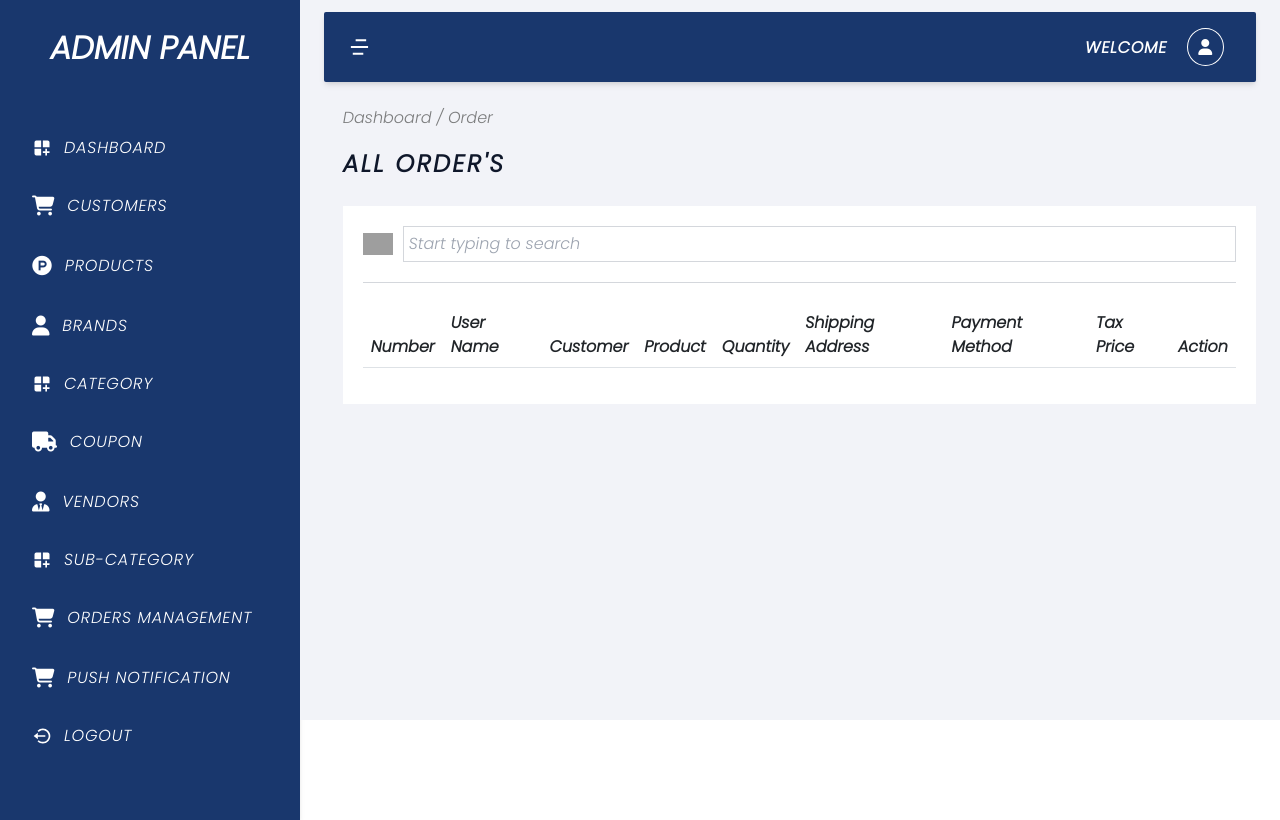
Repository: FlyweisReact/AnilAdminPanel
Page: /E-commerce/Admin/Orders
An editor plug-in stored every save of this project. The page is shown before and after the next save, followed by the edit.
The browser window is 1280 px wide. The pictures show the whole page.
Pictures or frames that could not be fetched are drawn as grey boxes. The page's requests for data from a server got no answer. Some web libraries are served in a nearby version. The project was rebuilt for these pictures with package versions that can differ from the ones it lists, and the page was loaded fresh each time. No one was signed in, and anything a server would have sent is missing. Also part of the build but not shown: src/E-CommerceAdmin/forms/Login.jsx, src/E-CommerceAdmin/pages/Dashboard.jsx, src/E-CommerceAdmin/pages/ECategory.js, src/E-CommerceAdmin/pages/EProduct.js, src/E-CommerceVendor/forms/EVendorLogin.jsx, src/E-CommerceAdmin/pages/EVendorList.js, src/E-CommerceAdmin/pages/EAdminProduct.js, src/E-CommerceAdmin/pages/EAdminDelivery.js and 5 more. Imported but missing from the stored project, and not drawn on this page: src/E-CommerceVendor/pages/EVCategory, src/E-CommerceVendor/pages/EVDashboard, src/E-CommerceVendor/pages/EVOrders, src/E-CommerceVendor/pages/EVProduct, src/E-CommerceVendor/pages/EVSubCategory.

Above is the page before, as saved 2023-05-03 16:19:14.

After the next save:
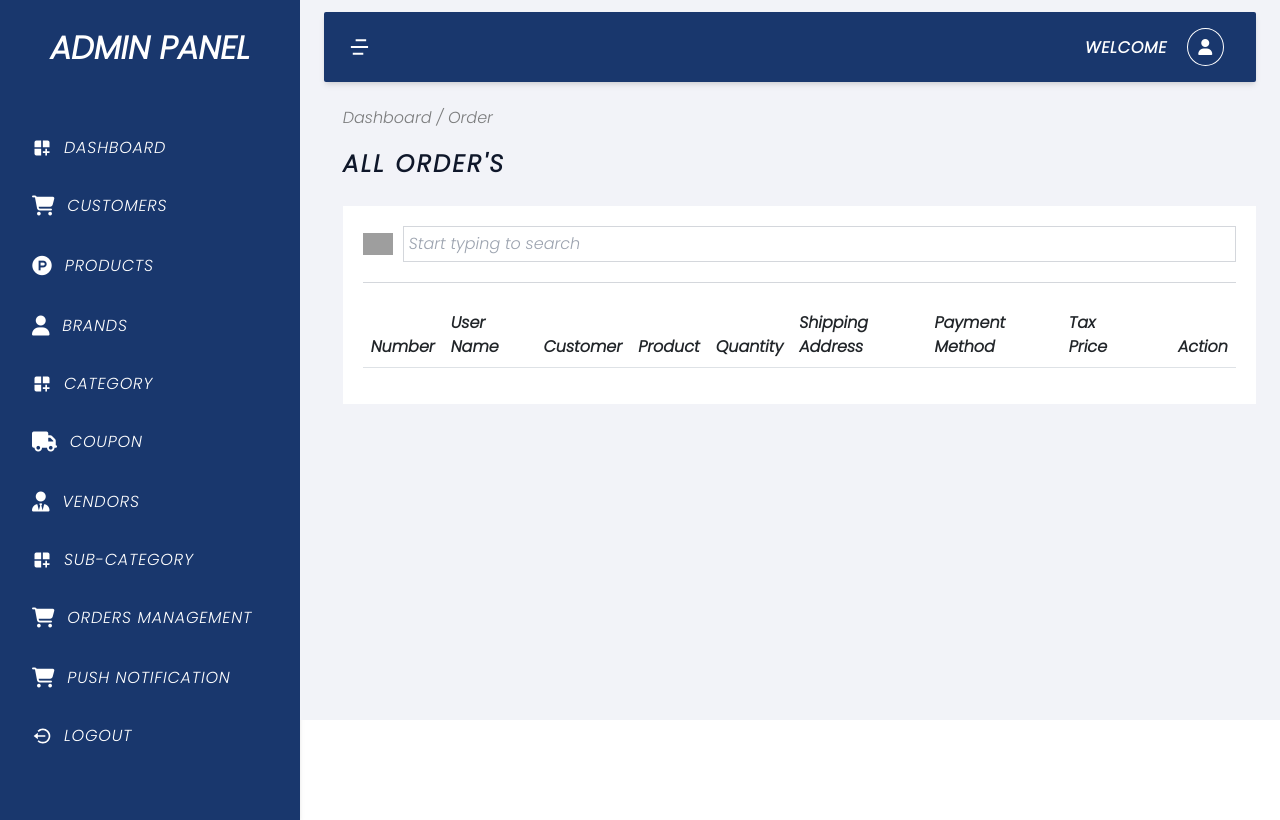
Saved 7 s later.
--- a/src/E-CommerceAdmin/pages/EAdminOrders.js
+++ b/src/E-CommerceAdmin/pages/EAdminOrders.js
@@ -90,6 +90,8 @@ const EAdminOrders = () => {
                   <th>Shipping Address</th>
                   <th>Payment Method</th>
                   <th>Tax Price</th>
+                  <th>  </th>
+                  <th>  </th>
                   <th>Action</th>
                 </tr>
               </thead>
